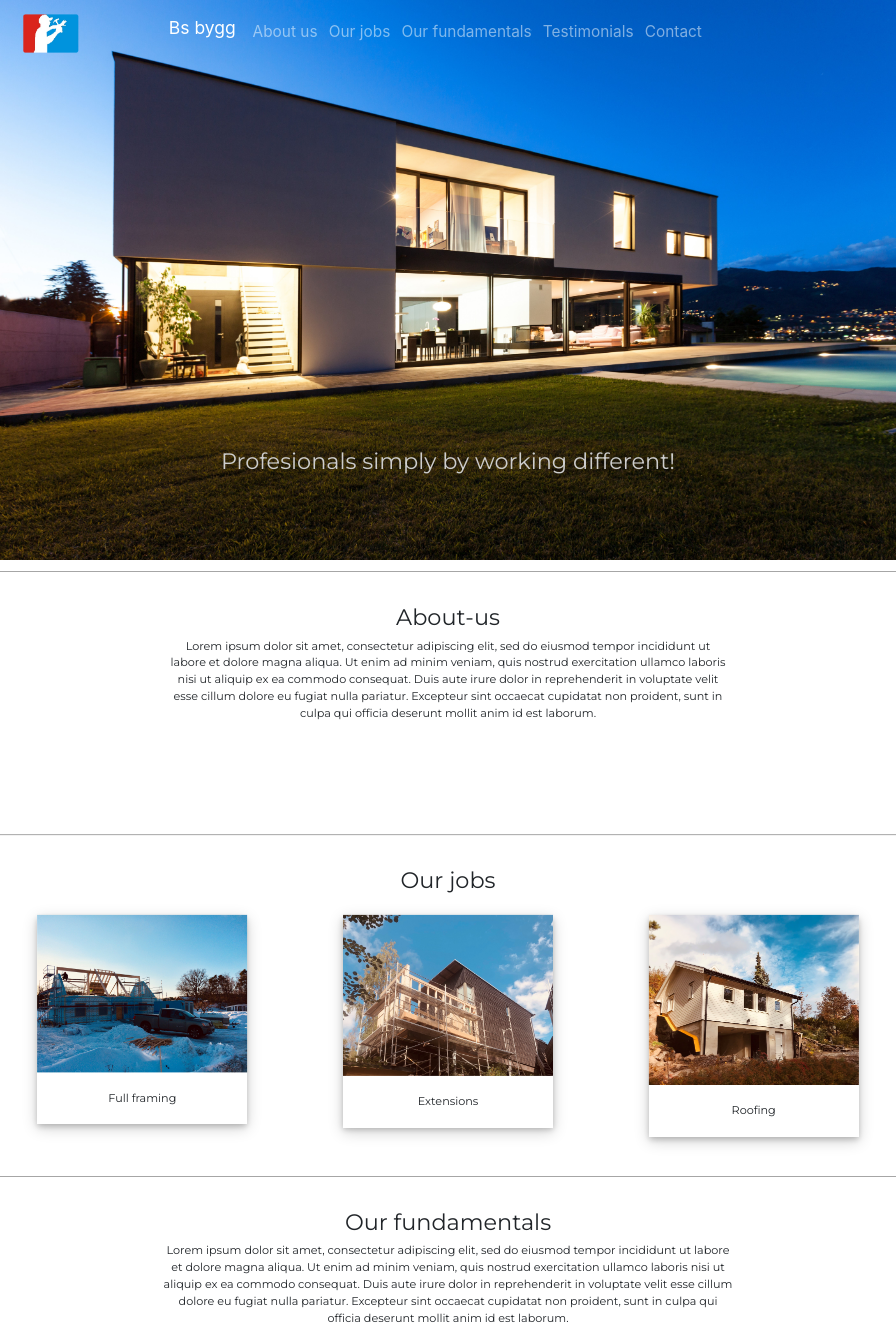
Repository: Bartie1982/milestone-project-1
Page: index.html
The author's editor kept a record of every edit. The page is drawn from the files as they stood at one moment, then again after the next edit.
The browser window is 1280 px wide. The pictures show the part of the page from y = 0 to 1920 px (the page is 2953 px tall), at 70% of full size.

Above is the page before.

After the next edit:
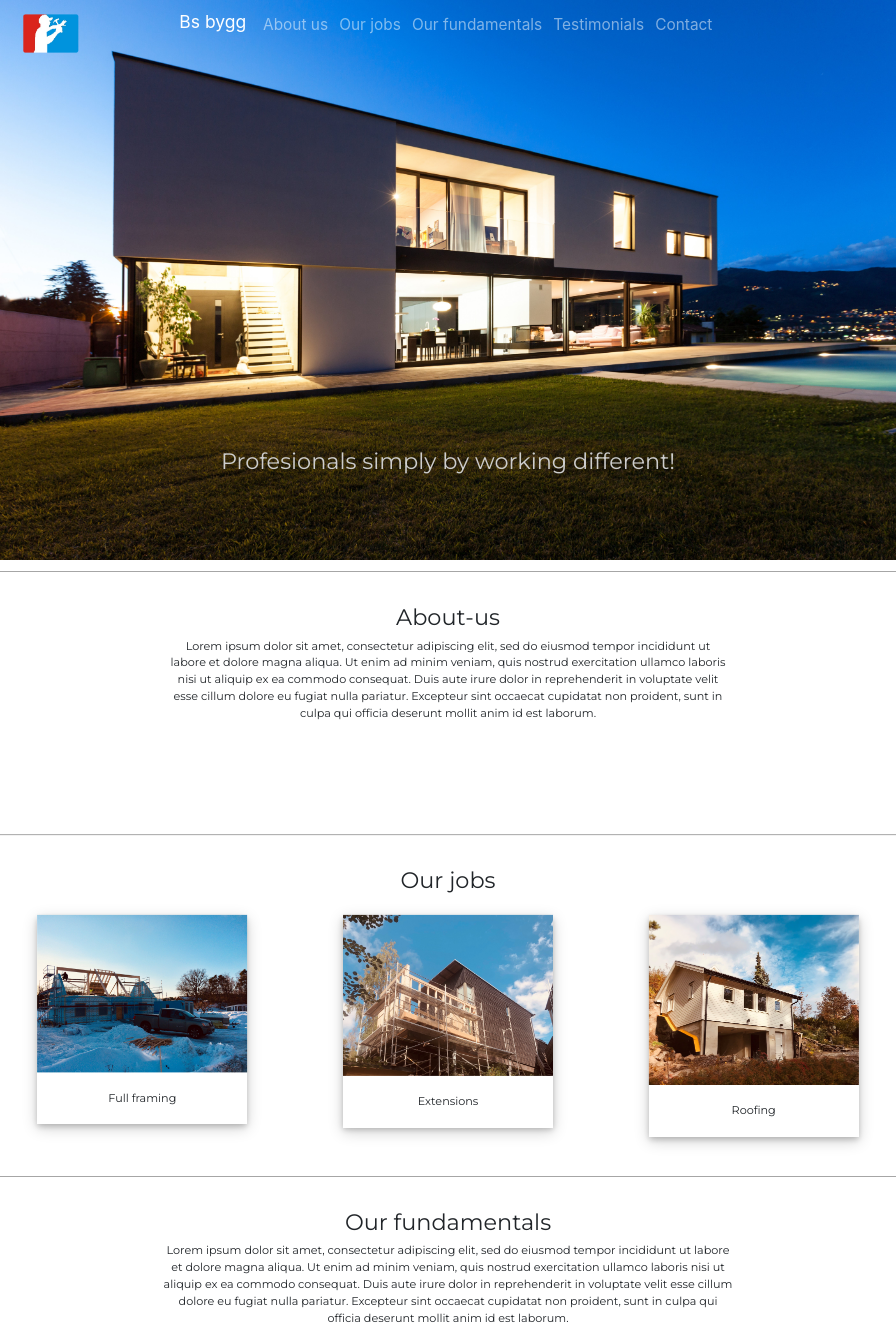
The edit:
--- a/index.html
+++ b/index.html
@@ -16,6 +16,7 @@
             <div class="row">
                     <div class="col-lg-11 d-flex">
                          <a href="index.html" class="col-md-2 logo "></a>
+                         <div class="container">
                         <nav class="navbar navbar-expand-xl navbar-dark">
                             <a class="navbar-brand" href="index.html">Bs bygg</a>
                                 <button class="navbar-toggler" type="button" data-toggle="collapse" data-target="#navbarNav" aria-controls="navbarNav" aria-expanded="false" aria-label="Toggle navigation">

After the 2 edits that followed:
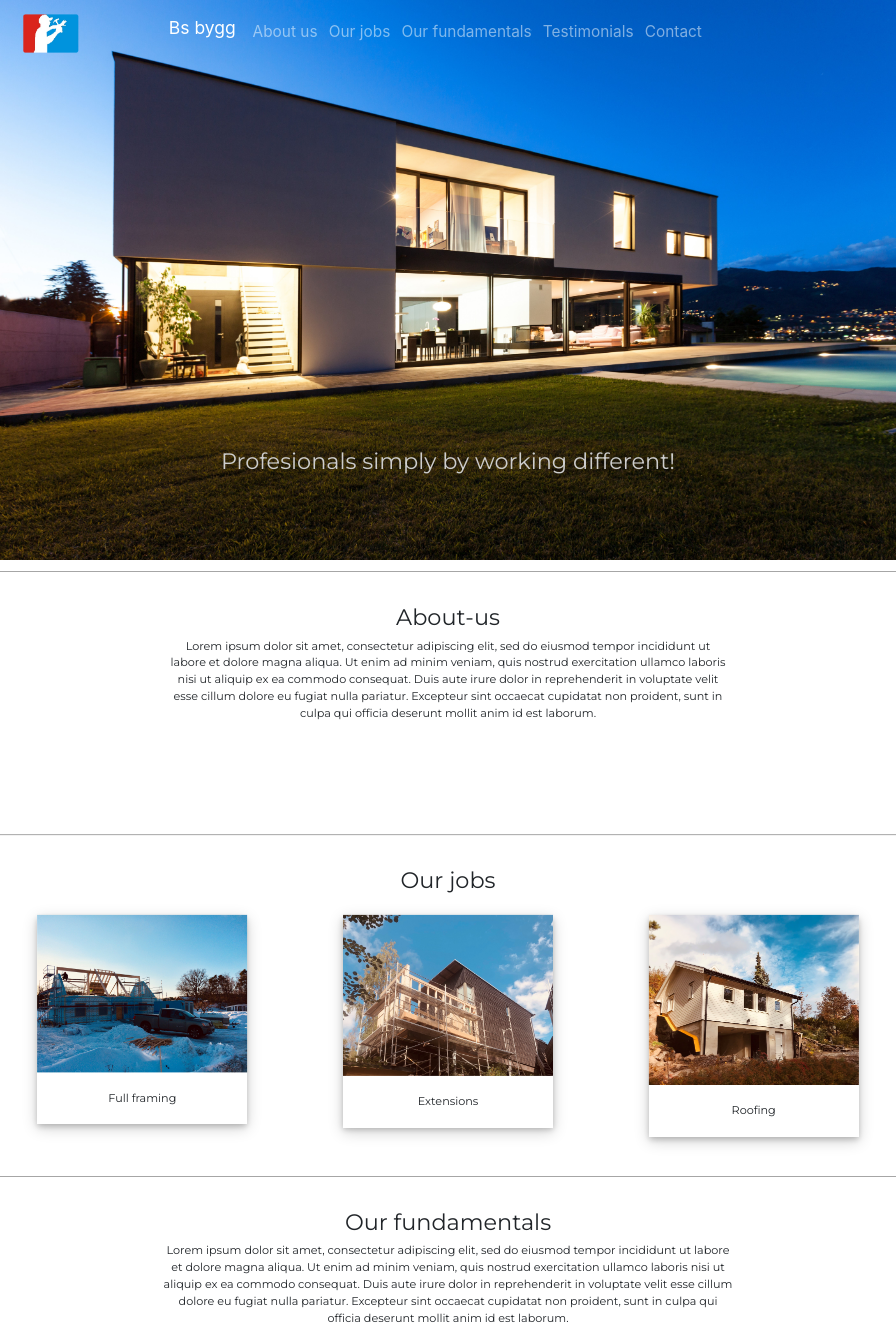
The 2 edits are shown as one change because 1 left the picture as it was.
The edit:
--- a/index.html
+++ b/index.html
@@ -16,7 +16,6 @@
             <div class="row">
                     <div class="col-lg-11 d-flex">
                          <a href="index.html" class="col-md-2 logo "></a>
-                         <div class="container">
                         <nav class="navbar navbar-expand-xl navbar-dark">
                             <a class="navbar-brand" href="index.html">Bs bygg</a>
                                 <button class="navbar-toggler" type="button" data-toggle="collapse" data-target="#navbarNav" aria-controls="navbarNav" aria-expanded="false" aria-label="Toggle navigation">
@@ -43,6 +42,7 @@
                                     </ul>
                                 </div>
                         </nav>
+                        </div>
                     </div>
             </div>
         <div class="container">
